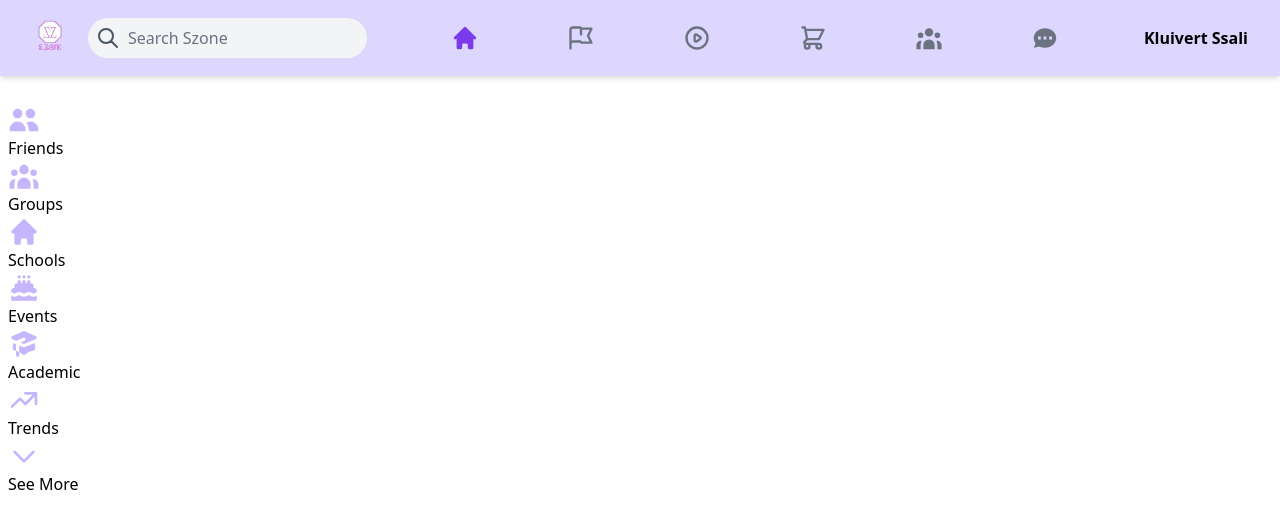
Repository: kluivert-ssali/sz-test
Page: /
These files come from the project's save history. The page is drawn as it stood at one moment and after the next save; the edit follows.
The browser window is 1280 px wide. The pictures show the whole page.
The page's requests for data from a server got no answer. The project was rebuilt for these pictures with package versions that can differ from the ones it lists, and the page was loaded fresh each time. The framework's server and built-in components were replaced by stand-ins that run in the browser. No one was signed in, and anything a server would have sent is missing. Also part of the build but not shown: next.config.js, components/Login.js.

Above is the page before, as saved 2021-11-07 14:59:47.

After the next save:
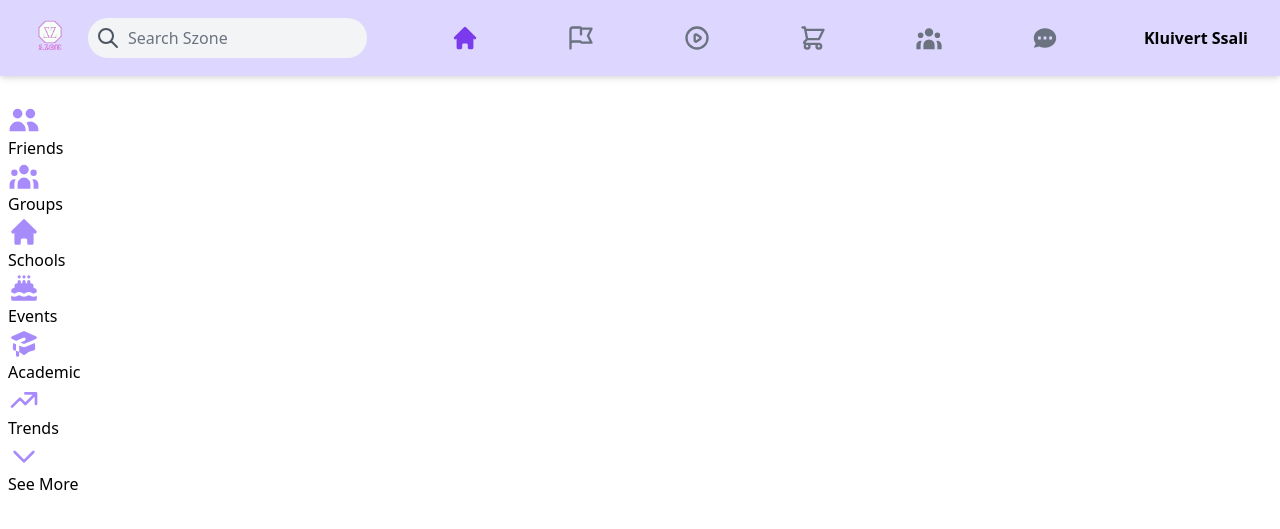
Saved 65 s later.
--- a/components/SidebarRow.js
+++ b/components/SidebarRow.js
@@ -2,7 +2,7 @@
     return (
         <div className="">
             {
-                Icon && <Icon className="h-8 w-8 text-purple-300" />
+                Icon && <Icon className="h-8 w-8 text-purple-400" />
             }
             <p className="hidden sm:inline-flex font-medium">
                 {title}

After the save that followed:
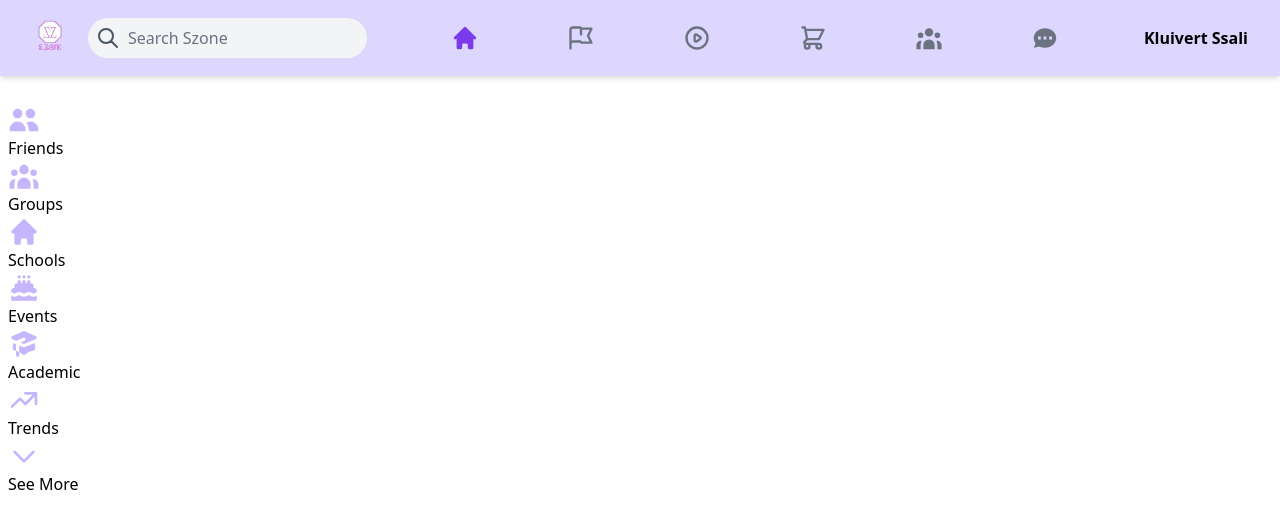
Saved 35 s later.
--- a/components/SidebarRow.js
+++ b/components/SidebarRow.js
@@ -2,7 +2,7 @@
     return (
         <div className="">
             {
-                Icon && <Icon className="h-8 w-8 text-purple-400" />
+                Icon && <Icon className="h-8 w-8 text-purple-300" />
             }
             <p className="hidden sm:inline-flex font-medium">
                 {title}
